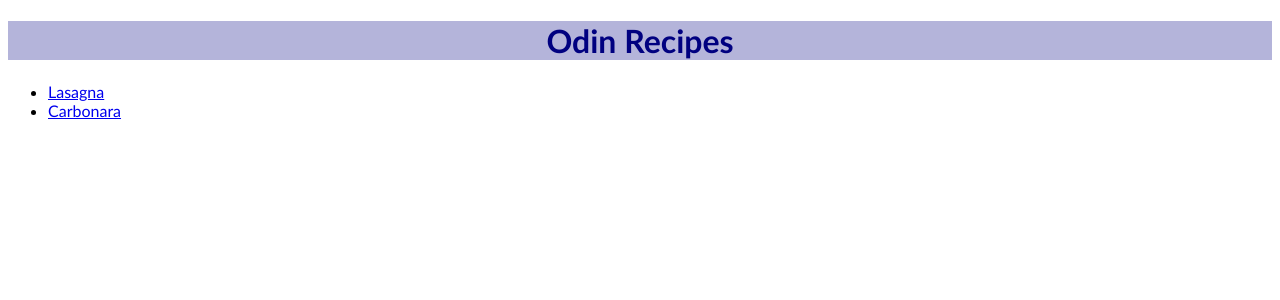
Repository: evemcd/odin_project
Page: odin-project1-recipes/index.html
An editor plug-in stored every save of this project. The page is shown before and after the next save, followed by the edit.
The browser window is 1280 px wide. The pictures show the whole page.

Above is the page before, as saved 2022-02-01 13:16:20.

After the next save:
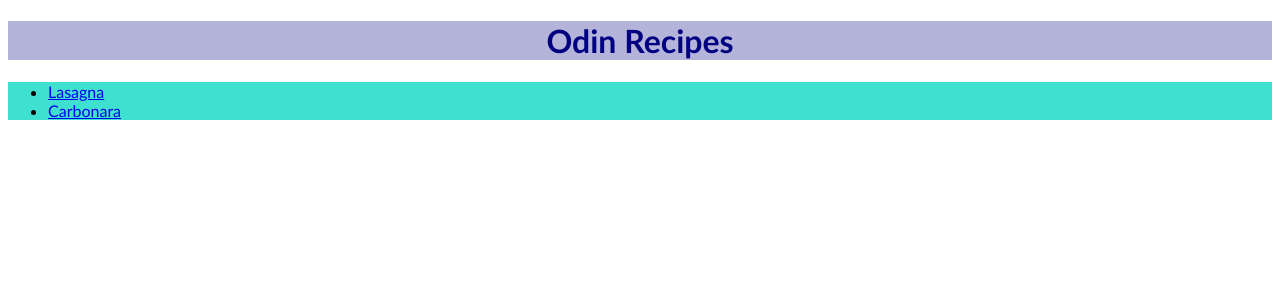
Saved 57 s later.
--- a/odin-project1-recipes/style.css
+++ b/odin-project1-recipes/style.css
@@ -7,3 +7,7 @@ h1 {
     color: navy;
     background-color: rgba(0, 0, 128, 0.295);
 }
+
+ul {
+    background-color: turquoise;
+}
